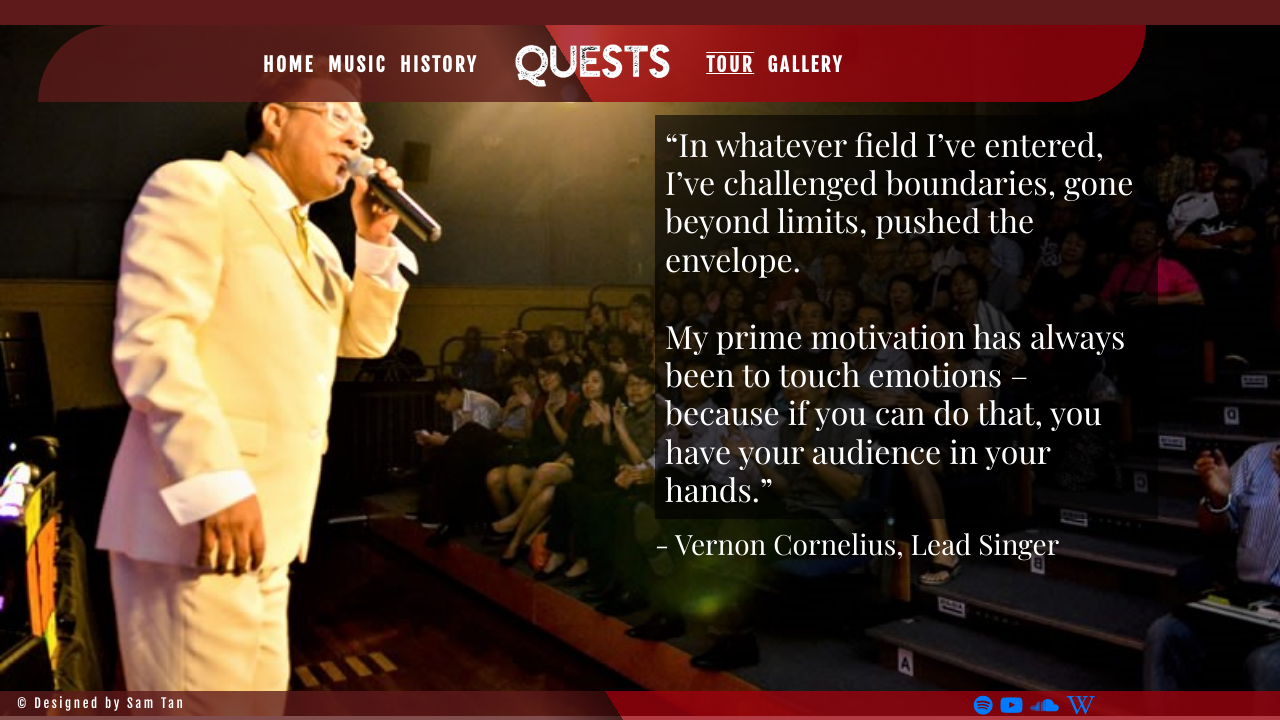
Repository: SamLookingGlass/User-Centric-Frontend-Development-Project
Page: tour.html
The author's editor kept a record of every edit. The page is drawn from the files as they stood at one moment, then again after the next edit.
The browser window is 1280 px wide. The pictures show the whole page.
Some web libraries are served in a nearby version.

Above is the page before.

### tour.html
<!doctype html>
<html lang="en">

<head>
    <!-- Required meta tags -->
    <meta charset="utf-8">
    <meta name="viewport" content="width=device-width, initial-scale=1, shrink-to-fit=no">

    <!-- Bootstrap CSS -->
    <link rel="stylesheet" href="https://maxcdn.bootstrapcdn.com/bootstrap/4.0.0/css/bootstrap.min.css" integrity="sha384-Gn5384xqQ1aoWXA+058RXPxPg6fy4IWvTNh0E263XmFcJlSAwiGgFAW/dAiS6JXm" crossorigin="anonymous">

    <!-- Google Fonts CSS -->
    <link href="https://fonts.googleapis.com/css?family=Fjalla+One&display=swap" rel="stylesheet">
    <link href="https://fonts.googleapis.com/css?family=Amatic+SC&display=swap" rel="stylesheet">
    <link href="https://fonts.googleapis.com/css?family=Playfair+Display&display=swap" rel="stylesheet">

    <!-- Font Awesoe CSS -->
    <link rel="stylesheet" href="https://cdnjs.cloudflare.com/ajax/libs/font-awesome/4.7.0/css/font-awesome.min.css">

    <!-- Own Stylesheet -->
    <link href="style.css" rel="stylesheet" type="text/css" />

    <title>The Quests Official - Tour</title>
</head>

<body id="borderhome" class="tour-background">
    <!--<div class="container-fluid" style="height:2vw"></div>-->
    <nav class="fontnew" id="navbg">
        <div class="container-fluid">
            <div class="row d-lg-flex">
                <div class="col-5 navnew navleft d-flex justify-content-end">
                    <ul class="d-flex">
                        <li><a href="home.html">HOME</a></li>
                        <li><a href="music.html">MUSIC</a></li>
                        <li><a href="history.html">HISTORY</a></li>
                    </ul>
                </div>
                <div class="col-2 d-lg-flex justify-content-center">
                    <a class="" href="home.html">
                     <img id="navlogo" class="img-fluid" src="images/logo/logo.png" alt="Quests Logo">
                </a>
                </div>
                <div class="col-5 navnew navright d-lg-flex justify-content-start">
                    <ul class="d-flex">
                        <li id="active"><a href="tour.html">TOUR</a></li>
                        <li><a href="gallery.html">GALLERY</a></li>
                    </ul>
                </div>
            </div>
        </div>
    </nav>
    <section>
        <div style="height:420pt" class="container-fluid">
            <div class="row">
                <div class="col-1"></div>
                <div class="col-5"></div>
                <div class="col-5 fonttypo">
                    <div>
                        <h2 class="cardbod cardbod-tour">
                            “In whatever field I’ve entered, I’ve challenged boundaries, gone beyond limits, pushed the envelope.
                            <br>
                            <br> My prime motivation has always been to touch emotions – because if you can do that, you have your audience in your hands.”
                            <br>
                        </h2>
                        <h3>
                            - Vernon Cornelius, Lead Singer
                        </h3>
                    </div>
                    <div class="col-1"></div>
                </div>
            </div>
    </section>

    <footer class="fixed-bottom fontfooter" id="navbg1">
        <div class="container-fluid">
            <div class="row">
                <div class="col-3">© Designed by Sam Tan </div>
                <div class="col-6 d-lg-flex justify-content-center"></div>
                <div class="col-3">
                    <!--<a href=""><i class="fa fa-facebook-square" style="font-size:22px"></i></a>-->
                    <a href="https://open.spotify.com/artist/4AOgY5YwQw4d5pgEX3f56A" target="_blank"><i class="fa fa-spotify" style="font-size:22px"></i></a>
                    <a href="https://www.youtube.com/user/JoeWuSeattleWaUSA/featured" target="_blank"><i class="fa fa-youtube-play" style="font-size:22px"></i></a>
                    <a href="https://soundcloud.com/user-73693220/keith-locke-the-quests-dont-1" target="_blank"><i class="fa fa-soundcloud" style="font-size:22px"></i></a>
                    <a href="https://en.wikipedia.org/wiki/The_Quests" target="_blank"><i class="fa fa-wikipedia-w" style="font-size:22px"></i></a>
                </div>
            </div>
        </div>
    </footer>

    <!-- Optional JavaScript -->
    <!-- jQuery first, then Popper.js, then Bootstrap JS -->
    <script src="https://code.jquery.com/jquery-3.2.1.slim.min.js" integrity="sha384-KJ3o2DKtIkvYIK3UENzmM7KCkRr/rE9/Qpg6aAZGJwFDMVNA/GpGFF93hXpG5KkN" crossorigin="anonymous"></script>
    <script src="https://cdnjs.cloudflare.com/ajax/libs/popper.js/1.12.9/umd/popper.min.js" integrity="sha384-ApNbgh9B+Y1QKtv3Rn7W3mgPxhU9K/ScQsAP7hUibX39j7fakFPskvXusvfa0b4Q" crossorigin="anonymous"></script>
    <script src="https://maxcdn.bootstrapcdn.com/bootstrap/4.0.0/js/bootstrap.min.js" integrity="sha384-JZR6Spejh4U02d8jOt6vLEHfe/JQGiRRSQQxSfFWpi1MquVdAyjUar5+76PVCmYl" crossorigin="anonymous"></script>
</body>

</html>

### style.css
/*Sanity Checks*/
.blue {
    background-color:blue;

}
.bod {
    border:solid 1px black;
}

.shadow-black {
    text-shadow: 2px 2px black;
}

.shadow-grey {
    text-shadow: 2px 1px grey;
}

/*Home Styling*/
.cardbod {
    margin-top:7vw;
    padding:0.5vw;
    display: flex;
    flex-direction: column;
}

/*Arrow Test https://codepen.io/raf187/pen/BvgGRQ*/
.red {
    margin-top:17vw;
}
body{
  margin-top: 0;
  padding: 0;
}
.arrow{
    position: absolute;
    top: 50%;
    left: 50%;
    transform: translate(-50%,-50%);
}
.arrow span{
    display: block;
    width: 30px;
    height: 30px;
    border-bottom: 5px solid rgb(158,2,13,0.7);
    border-right: 5px solid rgb(158,2,13,0.7);
    transform: rotate(45deg);
    margin: -12px;
    animation: animate 2s infinite;
}
.arrow span:nth-child(2){
    animation-delay: -0.2s;
}
.arrow span:nth-child(3){
    animation-delay: -0.4s;
}

@keyframes animate {
    0%{
        opacity: 0;
        transform: rotate(45deg) translate(-20px,-20px);
    }
    50%{
        opacity: 1;
    }
    100%{
        opacity: 0;
        transform: rotate(45deg) translate(20px,20px);
    }
}

/**/
#borderhome {
    border-top: solid 2vw rgb(94,26,26);
}

/*Parralax Scrolling */
.parralax {
    background-color:teal;
    height:480pt;
    background-attachment: fixed;
    background-position: center;
    background-repeat: no-repeat;
    background-size: cover;
}

.notparralax {
    background-image:url("images/background/background3.jpg");
    height:400pt;
    background-attachment: fixed;
    background-position: center;
    background-repeat: no-repeat;
    background-size: cover;
}

.notparralax div {
    padding-top:1vw;
}


/*Optional Color background-color:rgba(207, 0, 15, 0.6)*/
#navbg {
    background:rgb(94,26,26);
    background:linear-gradient(58deg, rgba(94,26,26,0.78) 42%, rgba(52,10,10,0.9) 48%, rgba(158,2,13,0.78) 48%);
    margin: 0 3vw;
    border-radius:15vw 0 15vw 0;
    position:absolute;
    z-index:1;
}

#navbg1 {
    background:rgb(94,26,26);
    background:linear-gradient(58deg, rgba(94,26,26,0.78) 42%, rgba(52,10,10,0.9) 48%, rgba(158,2,13,0.78) 48%);
    /*margin: 0 2vw; */
    /*border-radius:15vw 15vw 0 0;*/
}

.navbgz {
        position:absolute;
        z-index:1;
}
#active {
    text-decoration: underline overline;
}

.badgedesign {
    margin:10pt;
    padding:10pt;
    border: solid white 2pt;
    background-color:rgba(0, 0, 0, 0.6);
}

#navlogo {
   filter: invert(1);
   padding-top: 1.5vw;
}
.navnew li a {
    color: white;
}

.navnew li a:hover {
    text-decoration: underline overline;
}

.navnew li {
    text-decoration: none;
    list-style: none;
    padding-top: 1.5vw;
    margin: 5pt;
    font-size: 1.5vw;
    font-weight: bold;
}

.navright ul {
    position: relative;
    padding-left:0;
}

.navleft ul {
    position: relative;
    padding-right:0;
}

.fontnew {
    color:white;
    font-size: 1.3vw;
    font-family: 'Fjalla One', sans-serif;
    letter-spacing:0.2vw;

}

.fonttypo {
    font-family: 'Playfair Display', serif;
    color:white;
    font-size: 1vw;
    font-weight:bolder;
}

.fontfooter {
    color:white;
    font-size: 1vw;
    font-family: 'Fjalla One', sans-serif;
    letter-spacing:0.2vw;
    padding:0.18vw;
}

.logos i {
    padding-right:0.9vw;
}
#sec1 h1, p{
    padding:5pt;
    margin:10pt;
}

#videobg {
    z-index: -1;
    position: fixed;
    right: 0;
    bottom: 0;
    min-width: 100%;
    min-height: 120%;
}

@media (min-aspect-ratio: 16/9) {
    #videobg {
        width: 100%;
        height: auto;
    }
}

@media (min-aspect-ratio: 16/9) {
    #videobg {
        width: auto;
        height: 100%;
    }
}

/*edit size*/
@media (max-width: 200px) {
    #videobg {
        display: none;
    }
    body {
        background: url("");
        background-size: cover;
    }
}

/*Newsletter Form*/
/*To reference DNCE*/
.formbackground {
    margin-top:5vw;
    background-color:rgba(0, 0, 0, 0.8);
    padding:2vw;
}
#formcta {
    text-align: center;
    line-height: 1;
    cursor: pointer;
    vertical-align: middle;
    padding: .85em 1em;
    color: #fefefe;
    font-weight: 700;
    border-radius: 1px;
    margin: 0 10px 0 auto;
    border: none;
    transition: background .2s ease-in-out;
    font-size: 1rem;
    outline: 0;
    letter-spacing: .1em;
    text-transform: uppercase;
}

/*To reference DNCE*/
.blockheader1 {
    display: inline-block;
    font-family: "Amatic SC",cursive;
    font-weight: 700;
    border: 3px solid #f00833;
    color: white;
    padding: 0 1.125rem;
    margin: 0;
    border-radius: 1px;
    clear: both;
    letter-spacing: .05em;
    text-align: left;
    width: auto;
    text-transform: uppercase;
    position: relative;
    left: -1%;
    transform: skew(3deg);
}
.blockheader1::after {
    content: '';
    width: 0;
    height: 0;
    top: auto;
    border-style: solid;
    border-width: 12px 0 0 8px;
    border-color: #f00833 transparent transparent;
    position: absolute;
    bottom: -13px;
    left: 6%;
    z-index: 0;
    transform: rotate(-7deg);
}

#red-font {
    color: #f00833;
}

/*Gallery Styling*/


.fonttypo-gallery {
    font-family: 'Playfair Display', serif;
    color:rgb(158,2,13);
    font-size: 1vw;
    font-weight:bolder;
}

/*Reference for Gallery Images https://codepen.io/ozzy21/pen/JqgrvP*/

#gallerybod {
  margin: 0;
  padding: 0;
}
.container {
  width: 100%;
  display: grid;
  grid-auto-flow: dense;
  grid-template:
    "1fr 1fr 1fr 1fr 1fr" 33.33vh
    "1fr 1fr 1fr 1fr 1fr" 33.33vh
    "1fr 1fr 1fr 1fr 1fr" 33.33vh;
}

.container .box {
  position: relative;
  background: #ccc;
}
.container .box.a {
  grid-row: span 2;
}
.container .box.b,
.container .box.f,
.container .box.h,
.container .box.j {
  grid-column: span 2;
}
.container .box img {
  position: absolute;
  top: 0;
  left: 0;
  width: 100%;
  height: 100%;
  object-fit: cover;
}
@media (max-width: 991px) {
  .container {
    grid-template:
      "1fr 1fr 1fr" 250px
      "1fr 1fr 1fr" 250px
      "1fr 1fr 1fr" 250px
      "1fr 1fr 1fr" 250px
      "1fr 1fr 1fr" 250px;
  }
}
@media (max-width: 768px) {
  .container {
    grid-template:
      "1fr 1fr" 200px
      "1fr 1fr" 200px
      "1fr 1fr" 200px
      "1fr 1fr" 200px
      "1fr 1fr" 200px
      "1fr 1fr" 200px
      "1fr 1fr" 200px;
  }
}
.container .box.h {
  grid-column: span 1;
}

/*Music Styling*/
.cardbod-left {
    margin-top:13.1vw;
}

.cardbod-right {
    margin-top:9.1vw;
}

.cardbod-right div{
    margin:0.2vw;
}

.music-background {
    background-image: url("images/background/background4.jpg");
    background-position: center;
    background-repeat: no-repeat;
    background-size: cover;
    z-index:-1;
}

/*Tour Styling*/
.tour-background {
    background-image: url("images/background/background2.jpg");
    background-position: center;
    background-repeat: no-repeat;
    background-size: cover;
    z-index:-1;
}

.cardbod-tour {
    background-color: rgba(0,0,0,0.6);
    padding:10px;
}


.blockheader2 {
    display: inline-block;
    font-weight: 700;
    font-family: inherit;
    border: 3px solid #f00833;
    color: white;
    padding: 0 1.125rem;
    margin: 0;
    border-radius: 1px;
    clear: both;
    letter-spacing: .05em;
    text-align: left;
    width: auto;
    position: relative;
    left: -1%;
    transform: skew(3deg);
    background-color:rgba(0,0,0,0.6);
}
.blockheader2::after {
    content: '';
    width: 0;
    height: 0;
    top: auto;
    border-style: solid;
    border-width: 12px 0 0 8px;
    border-color: #f00833 transparent transparent;
    position: absolute;
    bottom: 43px;
    left: -2.1%;
    z-index: 0;
    transform: rotate(97deg);
}

.albumclass td img {
    width:6vw;
    margin-right:2vw;
    box-shadow: 0 4px 8px 0 rgba(0, 0, 0, 0.4), 0 10px 20px 0 rgba(0, 0, 0, 0.4);
}

.table th, .table td {
  vertical-align: baseline;
}

.table {
    margin-bottom:0;
}

/*History Styling*/
.history-background {
    background-image: url("images/gallery/image8.jpg");
    background-position: center;
    background-repeat: no-repeat;
    background-size: cover;
    z-index:-1;
}

.cardbod-left-history {
    margin-top:11.1vw;
}

After the next edit:
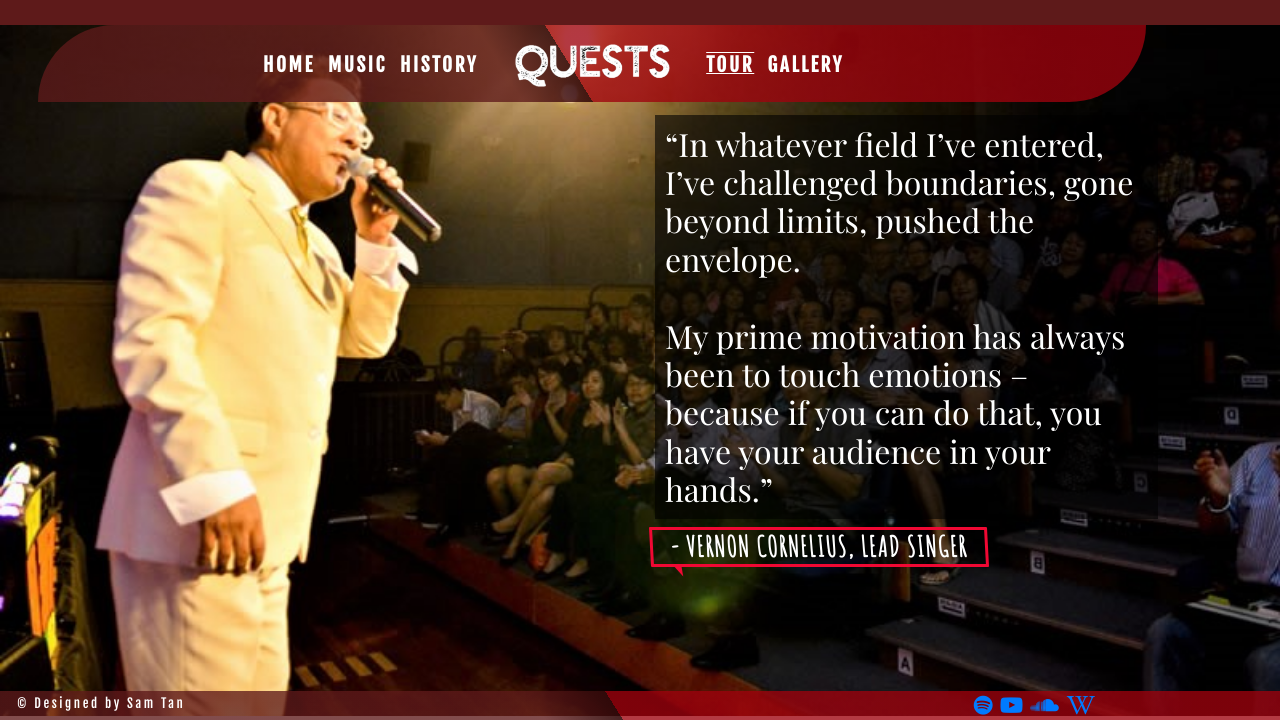
The edit:
--- a/tour.html
+++ b/tour.html
@@ -62,7 +62,7 @@
                             <br> My prime motivation has always been to touch emotions – because if you can do that, you have your audience in your hands.”
                             <br>
                         </h2>
-                        <h3>
+                        <h3 class="blockheader1 ">
                             - Vernon Cornelius, Lead Singer
                         </h3>
                     </div>
